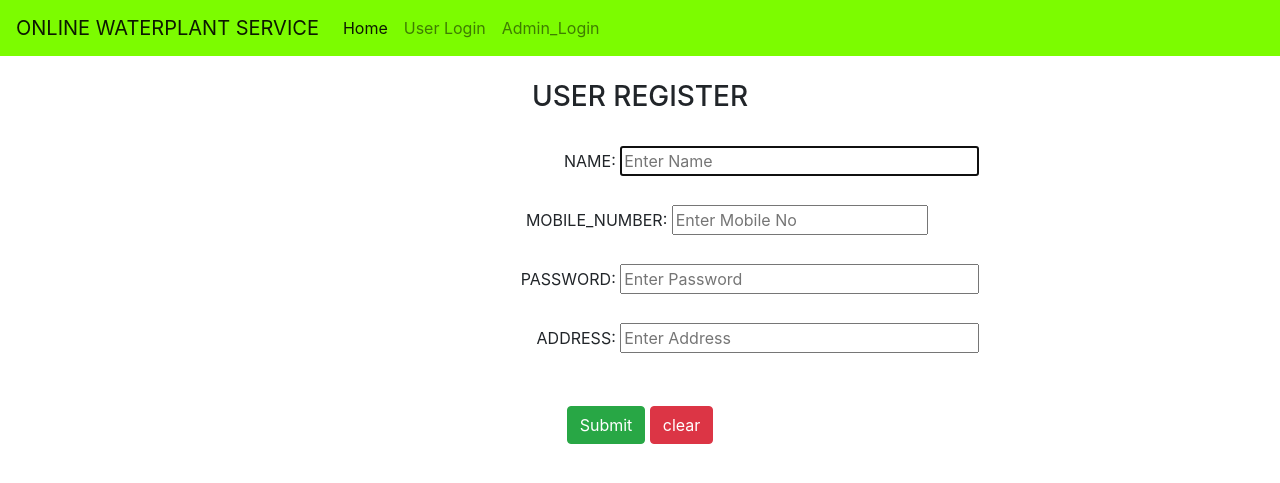
Repository: SHARMILAG97/WebApplication
Page: http://localhost/waterplant_web/userregister.jsp
An editor plug-in stored every save of this project. The page is shown before and after the next save, followed by the edit.
The browser window is 1280 px wide. The pictures show the whole page.
The page is served by Tomcat 9.

Above is the page before, as saved 2019-09-18 09:32:14.
Console error: TypeError: Cannot read properties of undefined (reading 'fn')

After the next save:
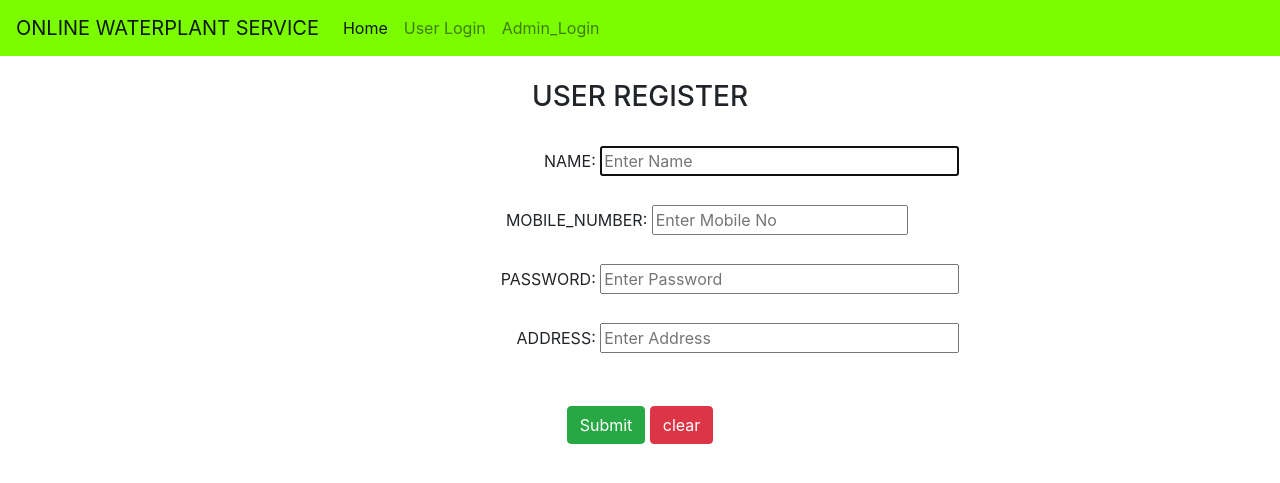
Saved 17 s later.
--- a/waterplant_web/src/main/webapp/userregister.jsp
+++ b/waterplant_web/src/main/webapp/userregister.jsp
@@ -12,7 +12,7 @@
 
 <style type="text/css">
    label{
-  width: 315px;
+  width: 275px;
   display: inline-block;
   text-align: right;
    }
